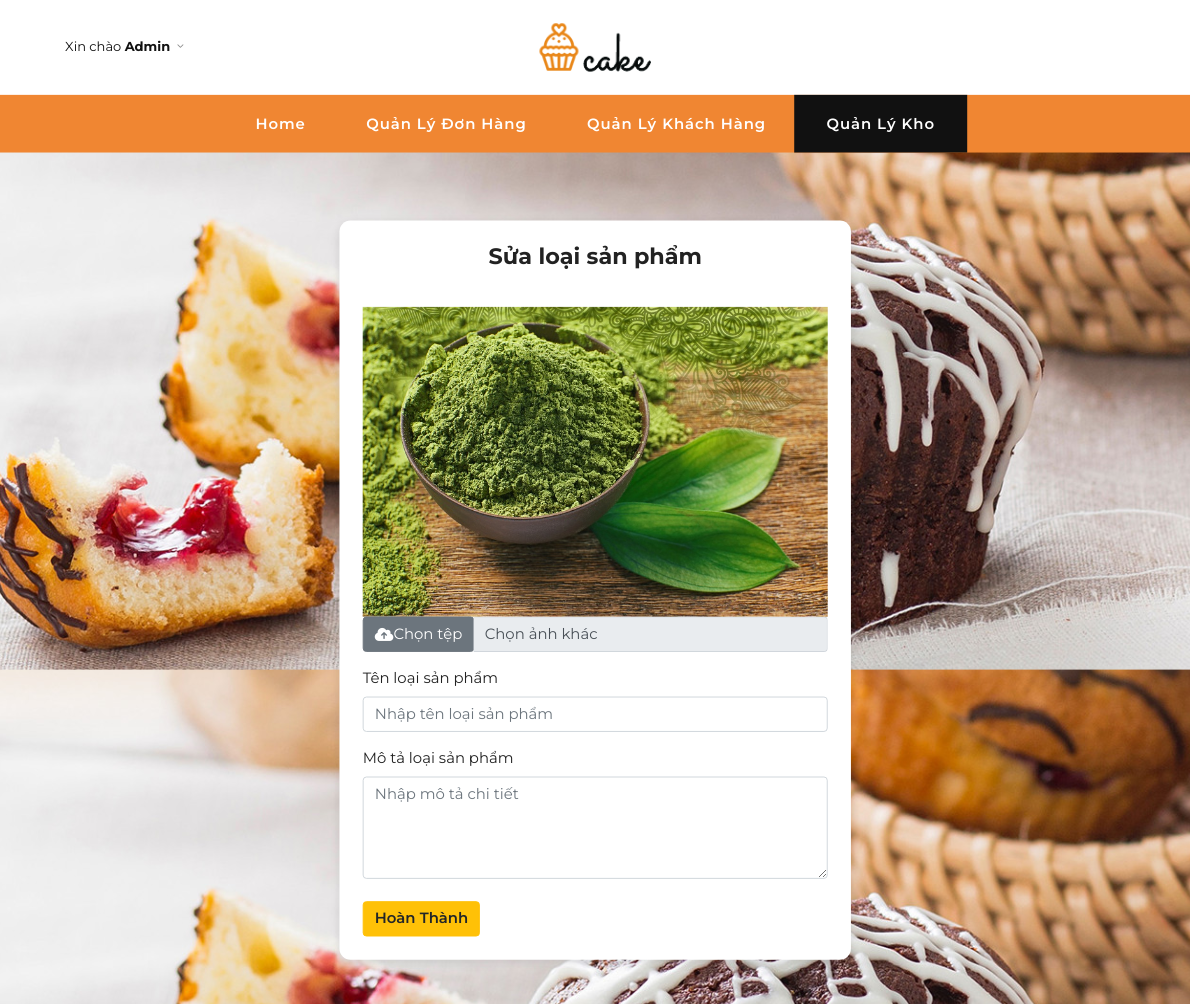
Repository: nhanto2n-byte/Nhom10ChieuThu3
Page: ProjectWeb/cake-main/sualoaisp.html
The author's editor kept a copy of each file at every save. The page is drawn from the files as they stood at one save, then again after the next save.
The browser window is 1280 px wide. The pictures show the whole page, at 93% of full size.
Backgrounds fixed to the window are drawn as part of the page.

Above is the page before, as saved 2025-11-10 22:08:08.
Console error: TypeError: $(...).slicknav is not a function

### ProjectWeb/cake-main/sualoaisp.html
<!DOCTYPE html>
<html lang="vi">

<head>
    <meta charset="UTF-8">
    <meta name="viewport" content="width=device-width, initial-scale=1.0">
    <!-- Tiêu đề trang mới -->

    <link href="https://fonts.googleapis.com/css2?family=Playfair+Display:wght@400;500;600;700;800;900&display=swap" rel="stylesheet">
    <link href="https://fonts.googleapis.com/css2?family=Montserrat:wght@300;400;500;600;700;800;900&display=swap" rel="stylesheet">

    <!-- CSS Links (Giống hệt trang category) -->
    <link rel="stylesheet" href="css/bootstrap.min.css" type="text/css">
    <link rel="stylesheet" href="css/elegant-icons.css" type="text/css">
    <link rel="stylesheet" href="css/style.css" type="text/css">
    <link rel="stylesheet" href="https://cdnjs.cloudflare.com/ajax/libs/font-awesome/6.0.0-beta3/css/all.min.css">

    <!-- Styles (Giống hệt trang category) -->
    <style>
        body {
            background: url('img/hero/hero-1.jpg') no-repeat center center fixed;
            background-size: cover;
            font-family: 'Montserrat', sans-serif;
            color: #222;
        }
        h2 { font-weight: 700; margin-bottom: 30px; color: #222; }
        .card {
            border: none; border-radius: 12px; box-shadow: 0 3px 10px rgba(0, 0, 0, 0.1);
            margin-bottom: 20px; padding: 25px; background-color: rgba(255, 255, 255, 0.95);
        }
        .table th { background-color: #f1f3f9; }
        .header__top__left ul li.has-dropdown { position: relative; cursor: pointer; }
        .header__top__left ul li .dropdown {
            display: none; position: absolute; top: 100%; left: 0; z-index: 100;
            background-color: #333; border: 1px solid #555; box-shadow: 0 4px 10px rgba(0, 0, 0, 0.2);
            min-width: 200px; padding: 5px 0; list-style: none;
        }
        .header__top__left ul li.has-dropdown:hover>.dropdown { display: block; }
        .header__top__left ul li .dropdown li a {
            display: block; padding: 10px 15px; text-decoration: none; color: white;
            font-size: 16px; white-space: nowrap;
        }
        .header__top__left ul li .dropdown li a:hover { background-color: #555; color: #ffcc00; }

        /* CSS cho thông báo */
        #notification-area {
            padding: 0 25px; /* Điều chỉnh padding cho phù hợp với card */
            margin-top: 20px;
        }
        /* Căn giữa toàn bộ menu chính */
.header__menu ul {
    display: flex;
    justify-content: center; /* căn giữa menu */
    align-items: center;
    list-style: none;
    margin: 0;
    padding: 0;
}

/* Mỗi mục trong menu chính */
.header__menu ul li {
    position: relative;
}

/* Dropdown menu (đen, chữ trắng, tự giãn kích thước) */
.header__menu ul li .dropdown {
    display: none;
    position: absolute;
    top: 100%;
    left: 50%;
    transform: translateX(-50%);
    background-color: rgba(0, 0, 0, 0.95);
    border: 1px solid #444;
    box-shadow: 0 4px 10px rgba(0, 0, 0, 0.3);
    border-radius: 8px;
    z-index: 100;
    padding: 5px 0;

    /* Cho phép chữ xuống dòng, mở rộng nếu cần */
    white-space: normal; /* cho phép xuống dòng */
    width: auto;         /* tự mở rộng theo nội dung */
    min-width: 230px;    /* kích thước tối thiểu */
    max-width: 300px;    /* tránh quá rộng */
    word-wrap: break-word; /* ngắt dòng nếu chữ dài liền */
}

/* Hiện dropdown khi hover */
.header__menu ul li:hover > .dropdown {
    display: block;
}

/* Các item trong dropdown */
.header__menu ul li .dropdown li {
    display: block;
}

/* Liên kết trong dropdown */
.header__menu ul li .dropdown li a {
    display: block;
    padding: 10px 18px;
    color: #fff;
    text-decoration: none;
    font-size: 15px;
    font-weight: 500;
    transition: background 0.2s, color 0.2s;
    line-height: 1.4; /* giúp dòng chữ cân đối khi xuống dòng */
}

/* Hover đẹp */
.header__menu ul li .dropdown li a:hover {
    background-color: #333;
    color: #ffcc00;
}

/* Hiệu ứng trượt mở */
.header__menu ul li .dropdown {
    opacity: 0;
    visibility: hidden;
    transform: translate(-50%, 10px);
    transition: all 0.25s ease;
}
.header__menu ul li:hover > .dropdown {
    opacity: 1;
    visibility: visible;
    transform: translate(-50%, 0);
}

    </style>
</head>

<body>
    <div id="preloder"><div class="loader"></div></div>

    <header class="header">
        <div class="header__top">
            <div class="container">
                <div class="row">
                    <div class="col-lg-12">
                        <div class="header__top__inner">
                            <div class="header__top__left">
                                <ul>
                                    <li class="has-dropdown">
                                        Xin chào <strong>Admin</strong>
                                        <span class="arrow_carrot-down"></span>
                                        <ul class="dropdown">
                                            <li><a href="./admin_login.html">Log out</a></li>
                                        </ul>
                                    </li>
                                </ul>
                            </div>
                            <div class="header__logo">
                                <a href="./#.html"><img src="img/logo.png" alt=""></a>
                            </div>
                        </div>
                    </div>
                </div>
                <div class="canvas__open"><i class="fa fa-bars"></i></div>
            </div>
        </div>
        <div class="container">
            <nav class="header__menu mobile-menu">
                <ul>
                    <li><a href="./admin_home.html">Home</a></li>
                    <li><a href="./admin_product.html">Quản Lý Đơn Hàng</a></li>
                    <li><a href="./admin_member.html">Quản Lý Khách Hàng</a></li>
                    <li class="active"><a href="#">Quản Lý Kho</a>
                        <ul class="dropdown">
                            <li><a href="./admin_category.html">Quản Lý Danh Mục Sản Phẩm</a></li>
                            <li><a href="./admin_import.html">Quản Lý Nhập Sản Phẩm</a></li>
                            <li><a href="./admin_selling.html">Quản Lý Giá Bán</a></li>
                            <li><a href="./admin_quantity.html">Quản Lý Số Lượng Tồn</a></li>
                            <li><a href="./admin_type.html">Quản Lý Loại Sản Phẩm</a></li>
                        </ul>
                    </li>
                </ul>
            </nav>
        </div>
    </header>
    <div class="container py-5">
        <h2 class="text-center" style="color: #222; font-weight: 700; font-size: 2.5rem; margin-bottom: 25px;"></h2>

        <div class="card" style="max-width: 550px; margin: 0 auto; background-color: #ffffff; padding: 25px;">

            <h5 class="text-center mb-4" style="color: #222; font-weight: 700; font-size: 1.5rem;">Sửa loại sản phẩm</h5>

            <div id="notification-area" style="padding: 0; margin-top: 0; margin-bottom: 15px;"></div>

            <form id="addTypeForm">
                <div class="mb-3">
                   <img src="img/hero/TRAXANH.jpg" alt= "Ảnh" />

                    <div class="input-group">
                        <label class="input-group-text" for="ẢNH" style="background-color: #6c757d; color: white; border-color: #6c757d; cursor: pointer;">
                            <i class="fa-solid fa-cloud-arrow-up me-2"></i>Chọn tệp
                        </label>
                        <input type="file" class="form-control" id="loaiAnh" name="loaiAnh" style="opacity: 0; position: absolute; z-index: -1;">
                        <span class="form-control file-name-display" style="background-color: #e9ecef; border-left: none;">Chọn ảnh khác</span>
                    </div>
                </div>

                <div class="mb-3">
                    <label for="loaiTen" class="form-label fw-bold">Tên loại sản phẩm</label>
                    <input type="text" class="form-control" id="loaiTen" name="loaiTen" placeholder="Nhập tên loại sản phẩm">
                </div>

                <div class="mb-3">
                    <label for="loaiMoTa" class="form-label fw-bold">Mô tả loại sản phẩm</label>
                    <textarea class="form-control" id="loaiMoTa" name="loaiMoTa" rows="4" placeholder="Nhập mô tả chi tiết"></textarea>
                </div>

                <div class="d-flex justify-content-between mt-4">
                    <button type="button" class="btn btn-warning" id="cancelButton" style="font-weight: 600; background-color: #ffc107; border-color: #ffc107;">Hoàn Thành</button>

                </div>
            </form>
        </div>
    </div>

    <script src="js/jquery-3.3.1.min.js"></script>
    <script src="js/bootstrap.min.js"></script>
    <script src="https://cdn.jsdelivr.net/npm/bootstrap@5.3.2/dist/js/bootstrap.bundle.min.js"></script>
    <script src="js/jquery.nice-select.min.js"></script>
    <script src="js/main.js"></script>

    <script>
        document.addEventListener('DOMContentLoaded', function() {
            const addForm = document.getElementById('addTypeForm');
            const cancelButton = document.getElementById('cancelButton');
            const addButton = document.getElementById('addButton');
            const notificationArea = document.getElementById('notification-area');
            const mainPageURL = './admin_category.html';

            // Custom File Input JS
            const loaiAnhInput = document.getElementById('loaiAnh');
            const fileNameDisplay = document.querySelector('.file-name-display');

            if (loaiAnhInput && fileNameDisplay) {
                loaiAnhInput.addEventListener('change', function() {
                    if (this.files && this.files.length > 0) {
                        fileNameDisplay.textContent = this.files[0].name;
                    } else {
                        fileNameDisplay.textContent = 'Không có tệp nào được chọn';
                    }
                });
            }

            if (cancelButton) {
                cancelButton.addEventListener('click', function() {
                    window.location.href = mainPageURL;
                });
            }

            if (addForm) {
                addForm.addEventListener('submit', function(e) {
                    e.preventDefault();

                    const tenLoai = addForm.querySelector('[name="loaiTen"]').value || "Loại mới";

                    // Thông báo (đã đổi lại thành màu xanh lá)
                    if (notificationArea) {
                        notificationArea.innerHTML = `
                            <div class="alert alert-success d-flex align-items-center" role="alert">
                                <i class="fa-solid fa-check-circle me-2"></i>
                                <div>
                                    <strong>Thành công!</strong> Bạn đã thêm loại "${tenLoai}" thành công.
                                </div>
                            </div>
                        `;
                    } else {
                        alert(`Thêm "${tenLoai}" thành công!`);
                    }

                    addButton.disabled = true;
                    cancelButton.disabled = true;

                    setTimeout(function() {
                        window.location.href = mainPageURL;
                    }, 2000);
                });
            }
        });
    </script>
</body>
</html>

Loaded but not shown: ProjectWeb/cake-main/css/bootstrap.min.css (library); ProjectWeb/cake-main/js/jquery-3.3.1.min.js (library); ProjectWeb/cake-main/js/bootstrap.min.js (library); ProjectWeb/cake-main/js/jquery.nice-select.min.js (common file); ProjectWeb/cake-main/js/main.js (235 lines, source omitted); ProjectWeb/cake-main/css/style.css (4080 lines, source omitted); ProjectWeb/cake-main/css/elegant-icons.css (1157 lines, source omitted)

After the next save:
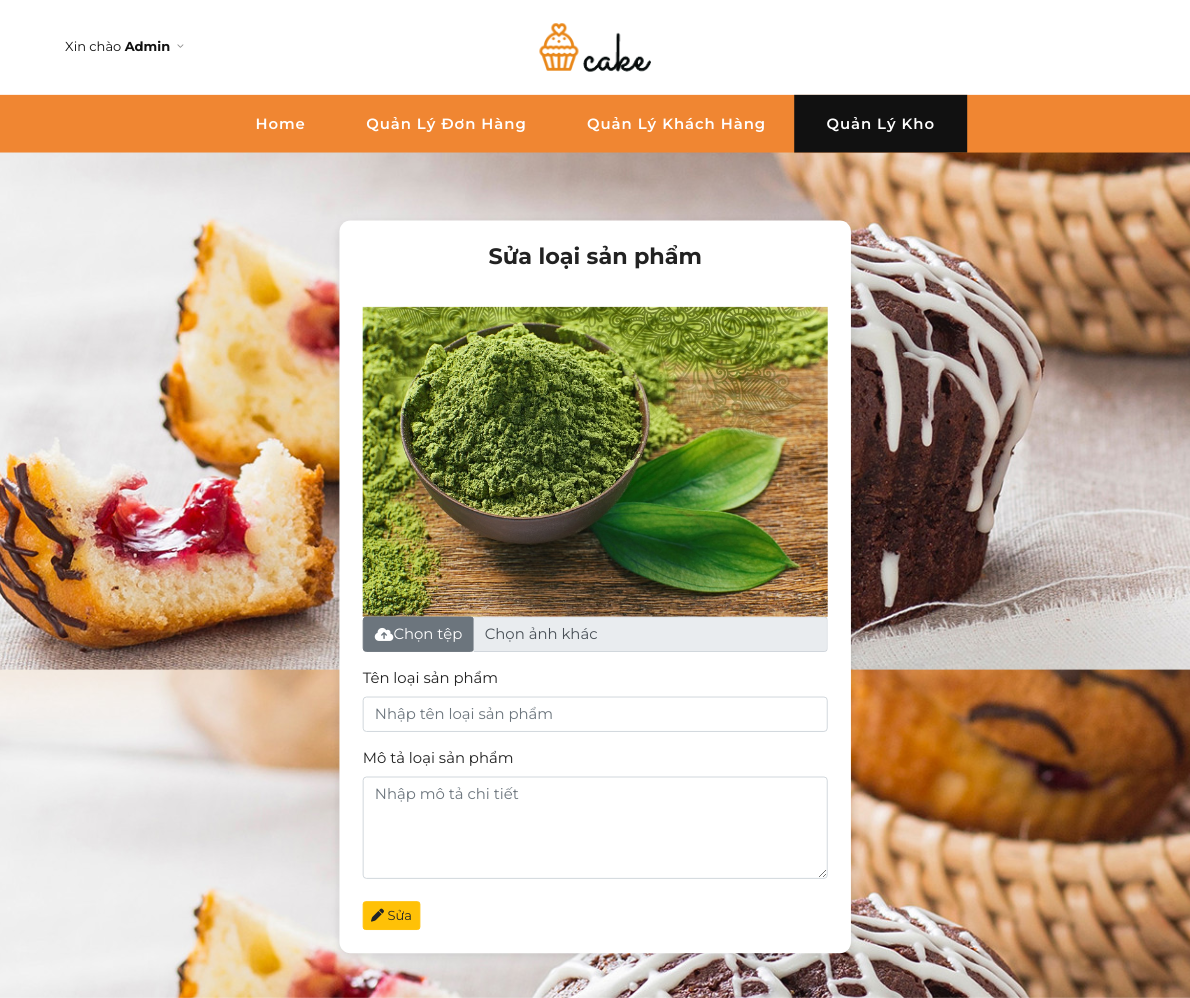
Saved 57 s later.
--- a/ProjectWeb/cake-main/sualoaisp.html
+++ b/ProjectWeb/cake-main/sualoaisp.html
@@ -209,7 +209,11 @@
                 </div>
 
                 <div class="d-flex justify-content-between mt-4">
-                    <button type="button" class="btn btn-warning" id="cancelButton" style="font-weight: 600; background-color: #ffc107; border-color: #ffc107;">Hoàn Thành</button>
+                  <button class="btn btn-warning btn-sm btn-action"
+        onclick="window.location.href='suaLoaisp.html'">
+    <i class="fa-solid fa-pen"></i> Sửa
+</button>
+
 
                 </div>
             </form>
